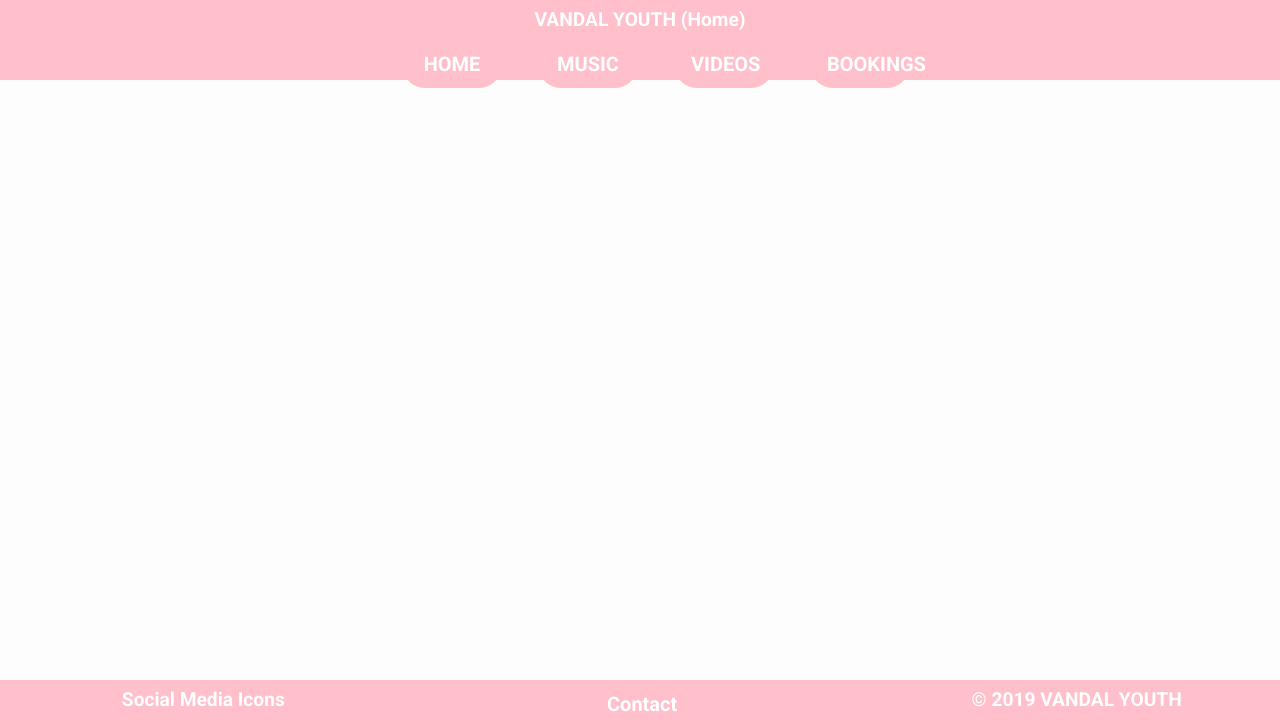
Repository: dof-bull/ci_milestone_project_1_Vandal_Youth
Page: index.html
The author's editor kept a record of every edit. The page is drawn from the files as they stood at one moment, then again after the next edit.
The browser window is 1280 px wide. The pictures show the whole page.

Above is the page before.

After the next edit:
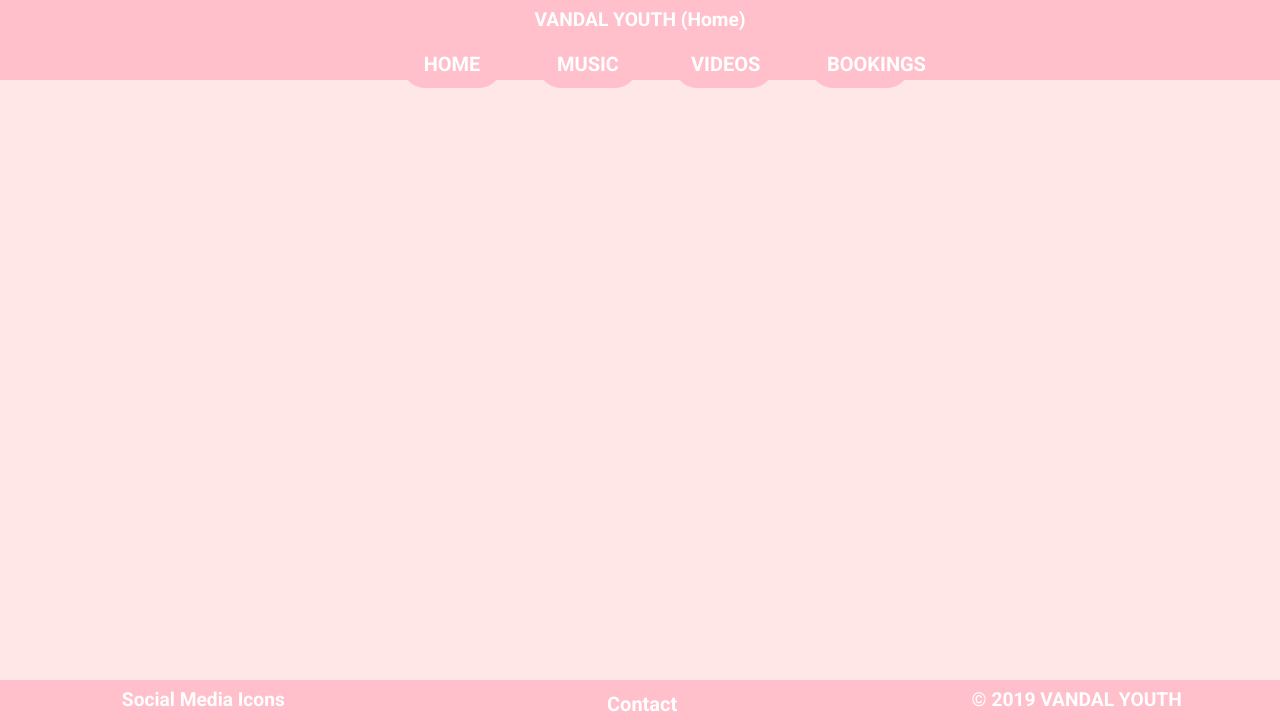
The edit:
--- a/assets/css/style.css
+++ b/assets/css/style.css
@@ -1,4 +1,6 @@
-html {}
+html {
+    background-color: #FFE6E7;
+}
 
 body {
     font-family: 'Roboto', sans-serif;
